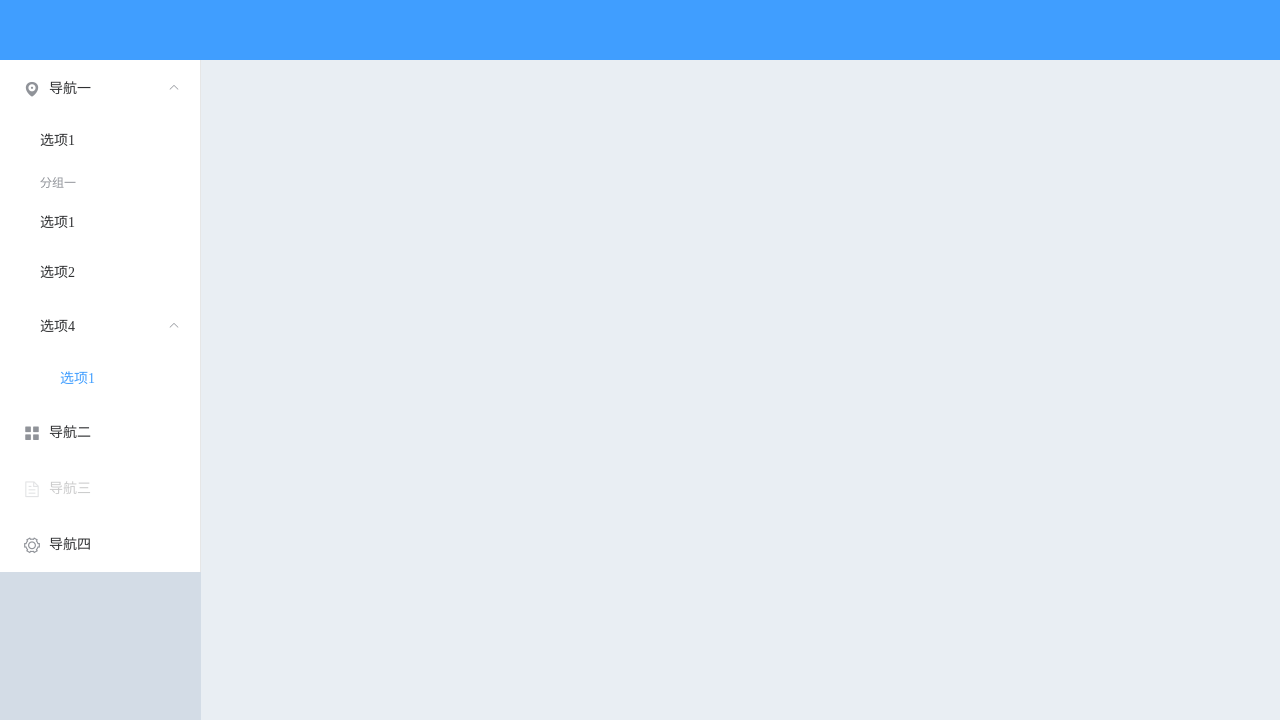
Repository: 960519152/elementui-demo-byf
Page: /#/
These files come from the project's save history. The page is drawn as it stood at one moment and after the next save; the edit follows.
The browser window is 1280 px wide. The pictures show the whole page.
The project was rebuilt for these pictures with package versions that can differ from the ones it lists, and the page was loaded fresh each time. Also part of the build but not shown: src/components/HelloWorld.vue, src/components/Tx.vue, src/components/Tes.vue.

Above is the page before, as saved 2019-05-14 10:48:44.

### index.html
<!DOCTYPE html>
<html>

<head>
  <meta charset="utf-8">
  <meta name="viewport" content="width=device-width,initial-scale=1.0">
  <link rel="stylesheet" type="text/css" href="./static/css/base.css" />
  <title>vue-examine-backend</title>
</head>

<body style=" overflow-x: hidden;">
  <div id="app"></div>
  <!-- built files will be auto injected -->
</body>
</html>

### src/main.js
// The Vue build version to load with the `import` command
// (runtime-only or standalone) has been set in webpack.base.conf with an alias.
import Vue from 'vue'
import App from './App'
import router from './router' //路由
import ElementUI from 'element-ui'; //饿了么UI
import 'element-ui/lib/theme-chalk/index.css';  //饿了么UI

Vue.config.productionTip = false
Vue.use(ElementUI); //饿了么UI



/* eslint-disable no-new */
new Vue({
  el: '#app',
  router,
  components: { App },
  template: '<App/>'
})

### src/App.vue
<template>
  <div id="app">
    <router-view></router-view>
  </div>
</template>

<script>
  export default {
    name: 'app',
    methods: {

    }
  }

</script>

<style scoped lang="scss">
  #app {
    position: absolute;
    width: 100%;
    height: 100%;
  }
</style>

### src/router/index.js
import Vue from 'vue'
import Router from 'vue-router'
import HelloWorld from '@/components/HelloWorld'
import Home from '@/components/Home'
import Tx from '@/components/Tx'
import Tes from '@/components/Tes'

Vue.use(Router)

export default new Router({
  routes: [
    {
      path: '/',
      name: '主要菜单',
      component: Home,
      iconCls: 'el-icon-platform-eleme',
      children: [
        { path: '/Tx', component: Tx, name: '菜单1' },
        { path: '/Tes', component: Tes, name: '菜单2' }
      ]
    },
    {
      path: '/',
      name: 'HelloWorld',
      leaf: true,//只有一个节点
      component: Home,
      iconCls: 'el-icon-s-home',
      children: [
        { path: '/HelloWorld', component: HelloWorld, name: '单独的' },
      ]
    }
  ]
})

### src/components/Home.vue
<template>
  <div id="app">
    <el-container class="menu">
      <el-header class="header">
        <i class="el-icon-s-grid menumedia" @click="k"></i>
      </el-header>
      <el-container>
        <el-aside>
          <!-- <el-row class="tac">
            <el-col :span="24">
              <div class="div-logo">
                <img src="../../static/image/logo.png">
              </div>
              <el-menu :default-active="$route.path" class="el-menu-vertical-demo" unique-opened router v-show="true"
                @open="handleOpen" @close="handleClose" :collapse="isCollapse">
                <template v-for="(item,index) in $router.options.routes" v-if="!item.hidden">
                  <el-submenu :index="index+''" v-if="!item.leaf">
                    <template slot="title">
                      <i :class="item.iconCls"></i>
                      <span slot="title">{{item.name}}</span>
                    </template>
                    <el-menu-item v-for="child in item.children" :index="child.path" :key="child.path"
                      v-if="!child.hidden"> <span slot="title"> {{child.name}}</span></el-menu-item>
                  </el-submenu>
                  <el-menu-item v-if="item.leaf&&item.children.length==1" :index="item.children[0].path">
                    <i :class="item.iconCls"></i>
                    <span slot="title"> {{item.children[0].name}}</span>
                  </el-menu-item>
                </template>
              </el-menu>
            </el-col>
          </el-row> -->
          <el-menu default-active="1-4-1" class="el-menu-vertical-demo" @open="handleOpen" @close="handleClose" :collapse="isCollapse">
  <el-submenu index="1">
    <template slot="title">
      <i class="el-icon-location"></i>
      <span slot="title">导航一</span>
    </template>
     <el-menu-item index="1-1">选项1</el-menu-item>
    <el-menu-item-group>
      <span slot="title">分组一</span>
      <el-menu-item index="1-1">选项1</el-menu-item>
      <el-menu-item index="1-2">选项2</el-menu-item>
    </el-menu-item-group>
    <el-submenu index="1-4">
      <span slot="title">选项4</span>
      <el-menu-item index="1-4-1">选项1</el-menu-item>
    </el-submenu>
  </el-submenu>
  <el-menu-item index="2">
    <i class="el-icon-menu"></i>
    <span slot="title">导航二</span>
  </el-menu-item>
  <el-menu-item index="3" disabled>
    <i class="el-icon-document"></i>
    <span slot="title">导航三</span>
  </el-menu-item>
  <el-menu-item index="4">
    <i class="el-icon-setting"></i>
    <span slot="title">导航四</span>
  </el-menu-item>
</el-menu>
        </el-aside>
        <el-main>
          <router-view></router-view>
        </el-main>
      </el-container>
    </el-container>
  </div>
</template>

<script>
  export default {
    name: "Home",
    data() {
      return {
        isCollapse: false
      }
    },
    methods: {
      handleOpen(key, keyPath) {
        console.log(key, keyPath);
      },
      handleClose(key, keyPath) {
        console.log(key, keyPath);
      },
      k(){
        if(this.isCollapse){
          this.isCollapse=false
        }else{
          this.isCollapse=true
        }
      }
    },
    watch:{
      isCollapse(){
        console.log(this.isCollapse);
      }
    }
  };

</script>

<style scoped lang="scss">
  @import "../../static/css/base.scss";

  .menu {
    width: 100%;
    height: 100%;
  }

  .div-logo {
    width: 100%;
    height: 135px;

    img {
      width: 45%;
    }
  }

  .header {
    font-size: 25px;
    text-align: left !important;
  }

  // .left-aside {
  //   width: 200px !important;
  //   overflow-x: hidden;
  // }

  .el-header,
  .el-footer {
    background-color: #b3c0d1;
    color: #333;
    text-align: center;
    line-height: 60px;
  }

  .el-aside {
    background-color: #d3dce6;
    color: #333;
    text-align: center;
    line-height: 200px;
  }

  .el-main {
    background-color: #e9eef3;
    color: #333;
    text-align: center;
    line-height: 160px;
  }

  body>.el-container {
    margin-bottom: 40px;
  }

  .el-container:nth-child(5) .el-aside,
  .el-container:nth-child(6) .el-aside {
    line-height: 260px;
  }

  .el-container:nth-child(7) .el-aside {
    line-height: 320px;
  }

  .el-submenu {
    text-align: left;
    // padding-left: 10px;
  }

  .el-menu-item {
    text-align: left;
    // padding-left: 30px !important;
  }

  // i {
  //   vertical-align: text-bottom !important;
  // }
  .el-aside{
    width: auto !important;
  }

  @media screen and (min-width: $smallSize) {
    .header {
      background:#409EFF;

      i {
        display: none;
      }
    }
  }

  @media screen and (max-width: $smallSize) {
    .header {
      background: #409EFF;

      i {
        display: inline;
      }
    };
  }

  @media screen and (max-width: $smallSize) {
    // .el-aside{
    //   left: -100%;
    //   position: relative;
    // }
  }

</style>

### static/css/base.scss
$smallSize: 700px;



body {
    height: 100%;
    width: 100%;
    margin: 0;
    padding: 0;
    font-size: 16px;
    overflow-x: hidden;
  }

### static/css/base.css
body {
    height: 100%;
    width: 100%;
    margin: 0;
    padding: 0;
    font-size: 16px;
    overflow-x: hidden;
  }

After the next save:
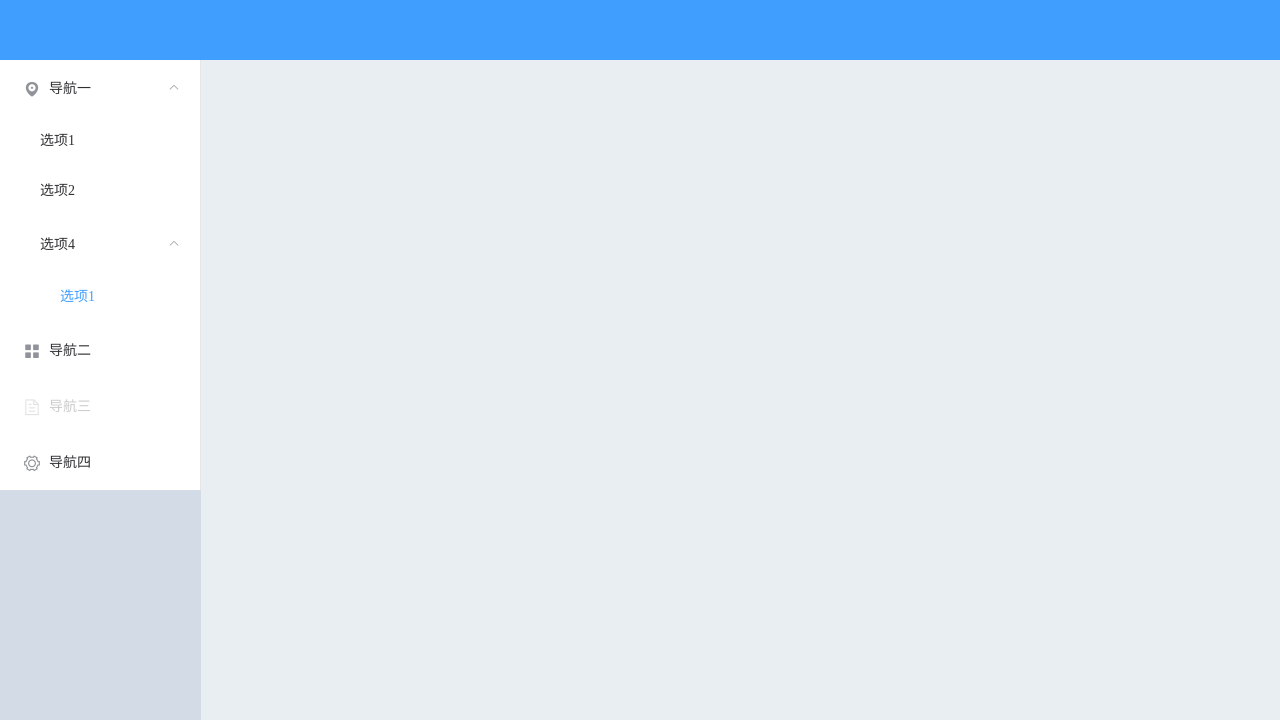
Saved 12 s later.
--- a/src/components/Home.vue
+++ b/src/components/Home.vue
@@ -37,11 +37,7 @@
       <span slot="title">导航一</span>
     </template>
      <el-menu-item index="1-1">选项1</el-menu-item>
-    <el-menu-item-group>
-      <span slot="title">分组一</span>
-      <el-menu-item index="1-1">选项1</el-menu-item>
-      <el-menu-item index="1-2">选项2</el-menu-item>
-    </el-menu-item-group>
+     <el-menu-item index="1-2">选项2</el-menu-item>
     <el-submenu index="1-4">
       <span slot="title">选项4</span>
       <el-menu-item index="1-4-1">选项1</el-menu-item>
